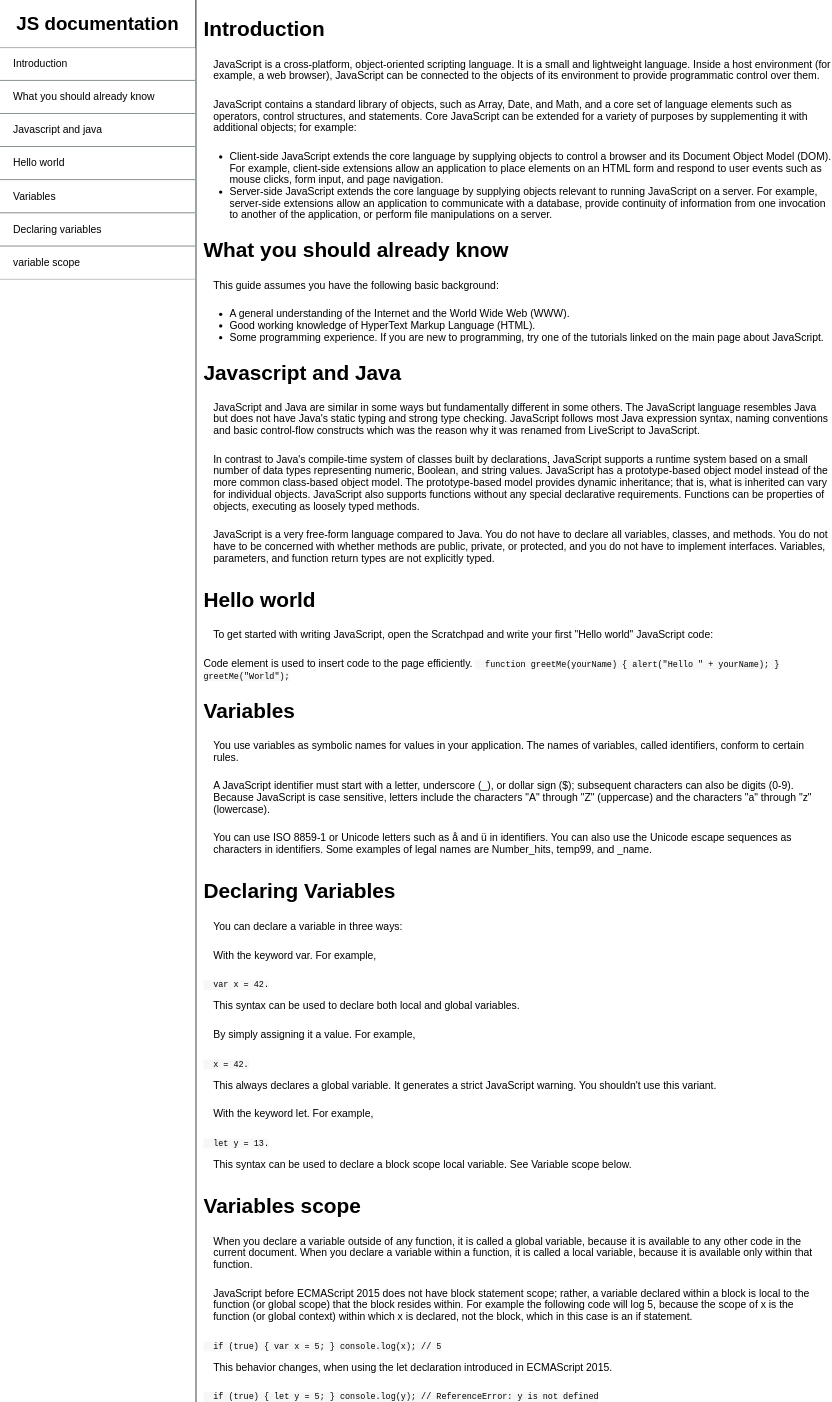
Repository: Pafestivo/Technical-documentation
Page: index.html
These files come from the project's save history. The page is drawn as it stood at one moment and after a run of saves; the edit follows.
The browser window is 1280 px wide. The pictures show the whole page, at 65% of full size.

Above is the page before, as saved 2022-09-07 14:01:53.

After the next 2 saves:
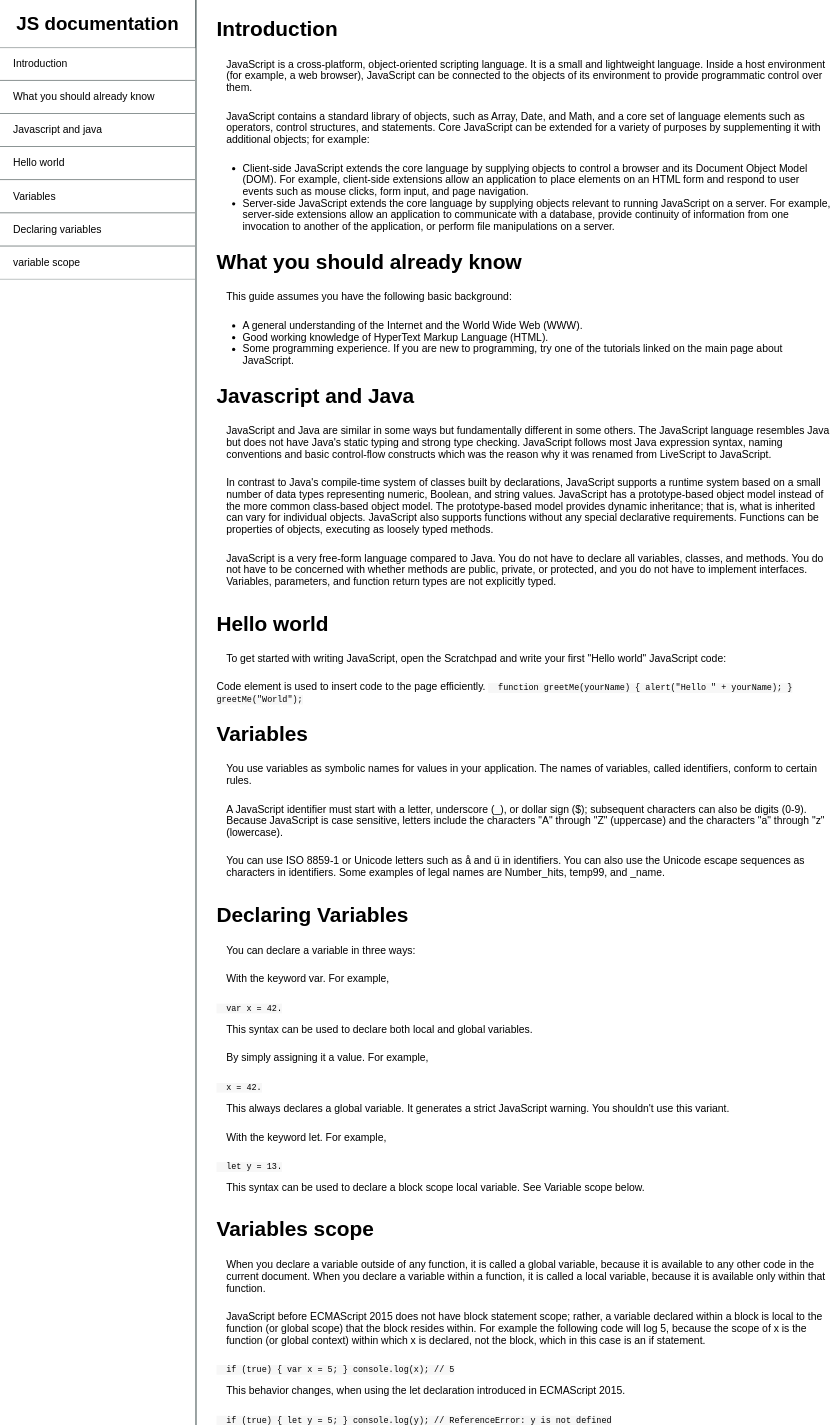
The 2 saves are shown as one change because they came seconds apart.
The last was saved 8 s later.
--- a/styles.css
+++ b/styles.css
@@ -62,7 +62,7 @@ body {
 
 /* Main area */
 #main-doc {
-  margin-left: 10px;
+  margin-left: 30px;
 }
 
 #main-doc h1 {
